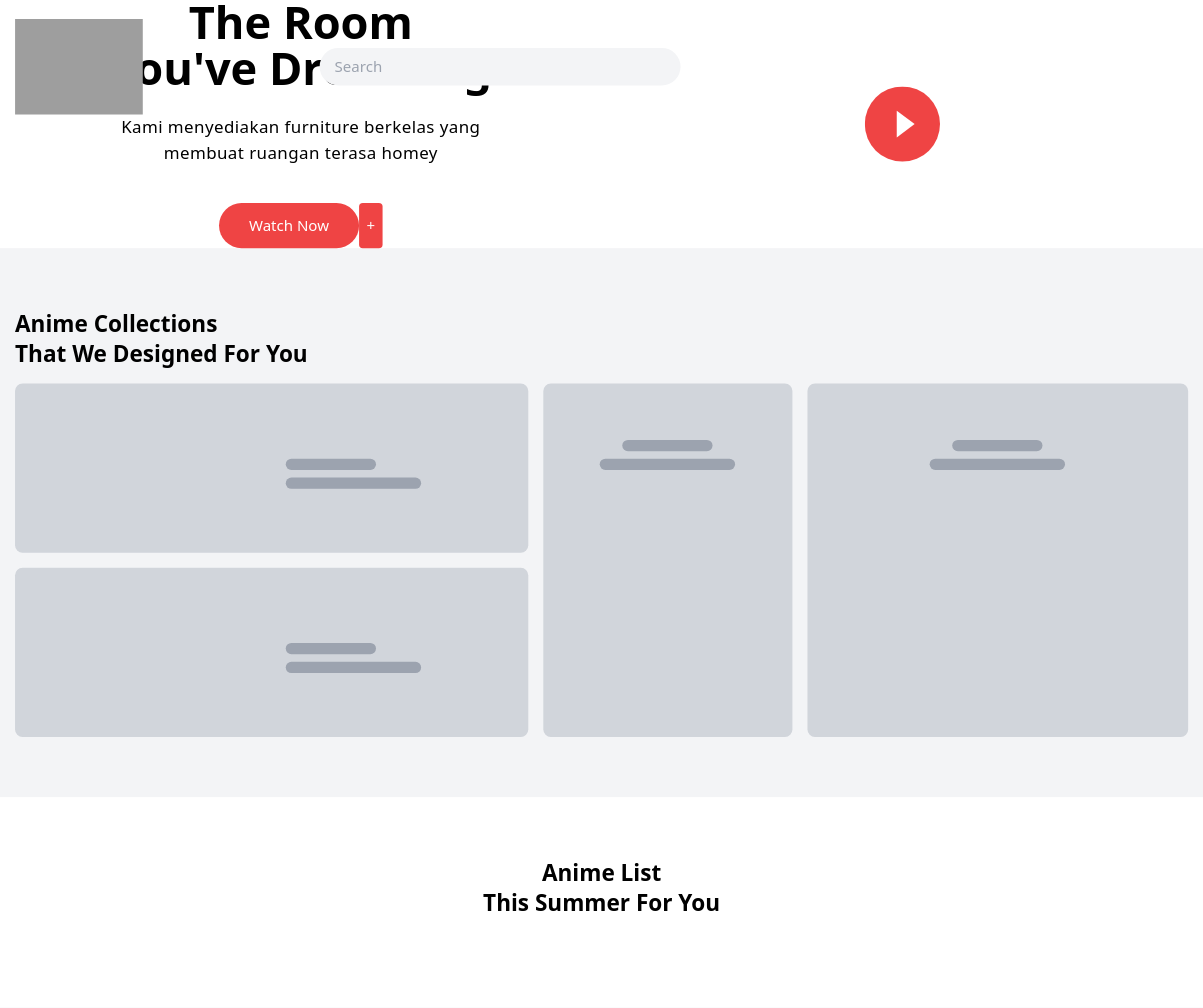
Repository: farrelmuhammad/anime-collections
Page: /
The author's editor kept a copy of each file at every save. The page is drawn from the files as they stood at one save, then again after the next save.
The browser window is 1280 px wide. The pictures show the whole page, at 94% of full size.
Pictures or frames that could not be fetched are drawn as grey boxes. The page's requests for data from a server got no answer. The project was rebuilt for these pictures with package versions that can differ from the ones it lists, and the page was loaded fresh each time. No one was signed in, and anything a server would have sent is missing. Also part of the build but not shown: src/App.css.

Above is the page before, as saved 2023-08-04 00:41:57.

After the next save:
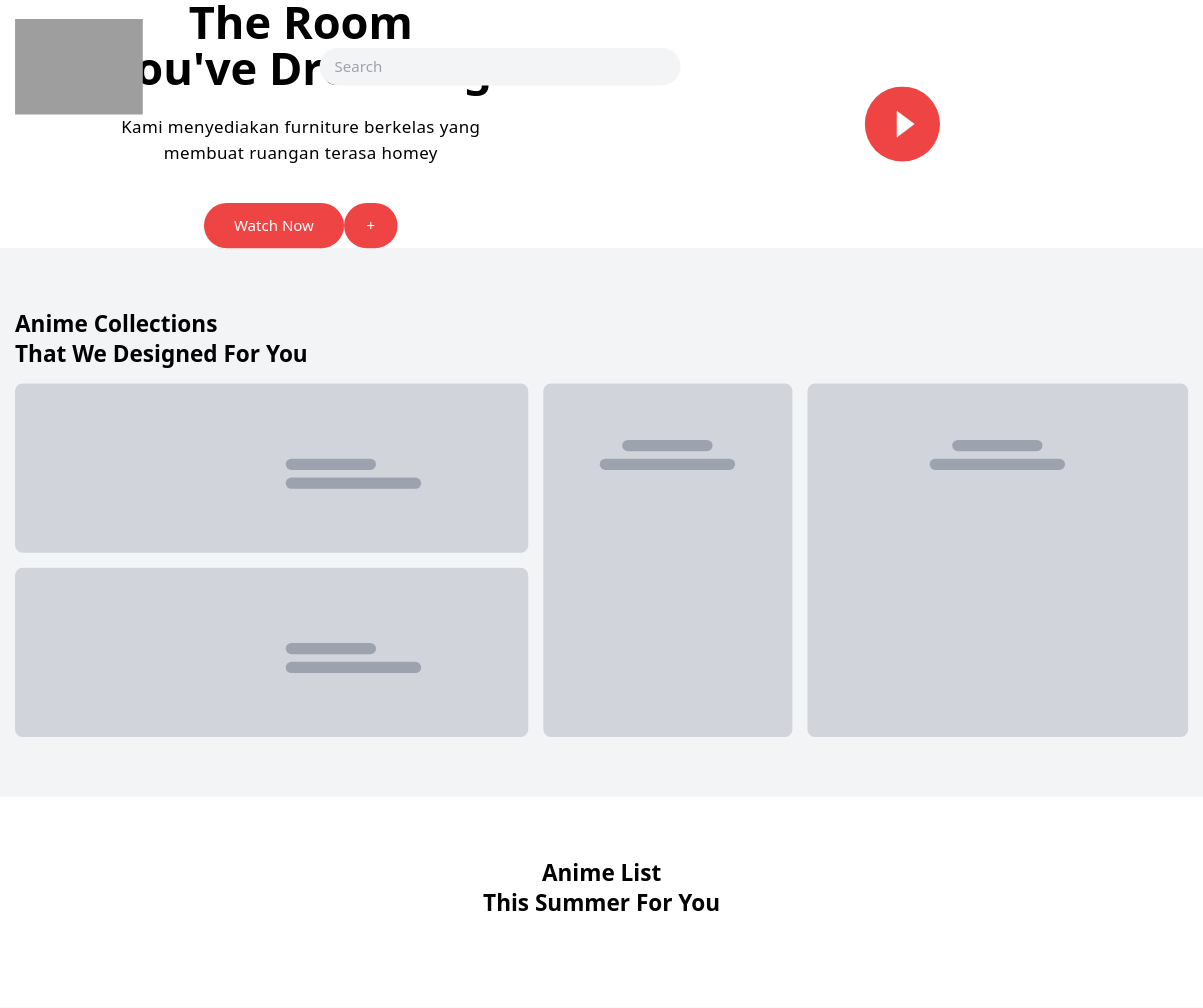
Saved 6 s later.
--- a/src/parts/Home/Hero.tsx
+++ b/src/parts/Home/Hero.tsx
@@ -39,7 +39,7 @@
                     </a>
                     <a
                         href="#browse-the-room"
-                        className="bg-red-500 text-white hover:bg-black hover:text-red-400 rounded px-2 py-3 mt-4 inline-block flex-none transition duration-200"
+                        className="bg-red-500 text-white hover:bg-black hover:text-red-400 rounded-full px-6 py-3 mt-4 inline-block flex-none transition duration-200"
                     >
                         +
                     </a>
